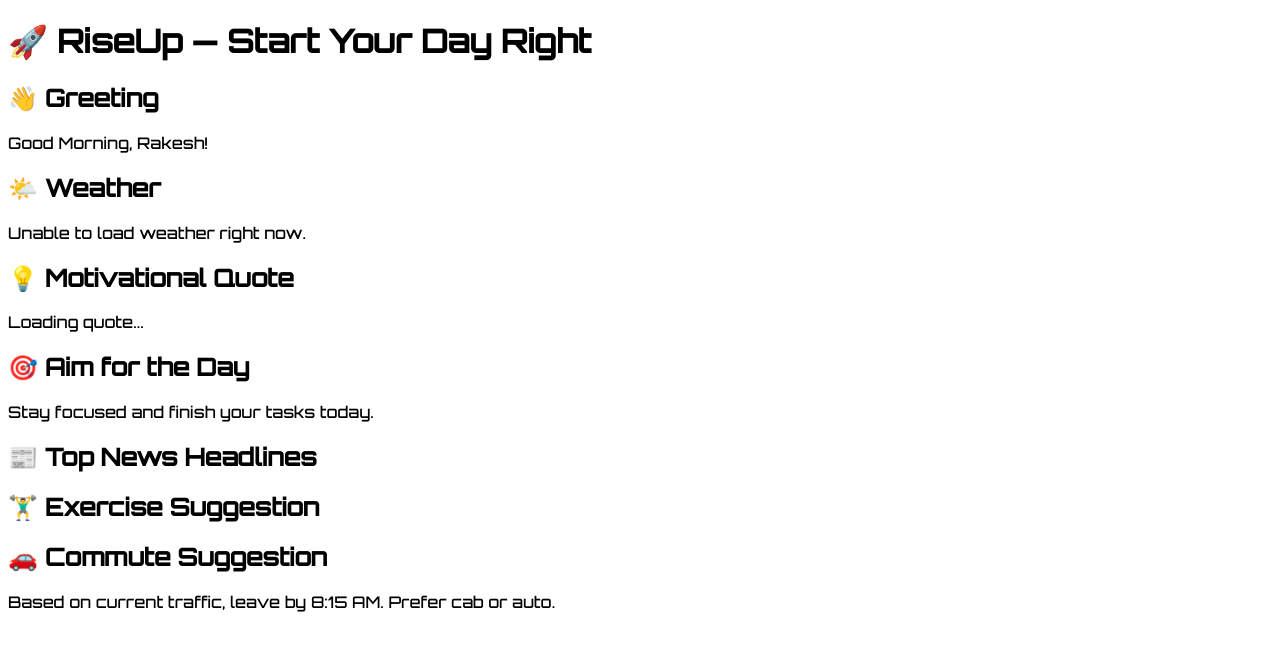
Repository: rakeshkumar1012/riseup
Page: /
The author's editor kept a copy of each file at every save. The page is drawn from the files as they stood at one save, then again after the next save.
The browser window is 1280 px wide. The pictures show the whole page.
The page's requests for data from a server got no answer. The project was rebuilt for these pictures with package versions that can differ from the ones it lists, and the page was loaded fresh each time. No one was signed in, and anything a server would have sent is missing.

Above is the page before, as saved 2025-07-05 03:47:33.

After the next save:
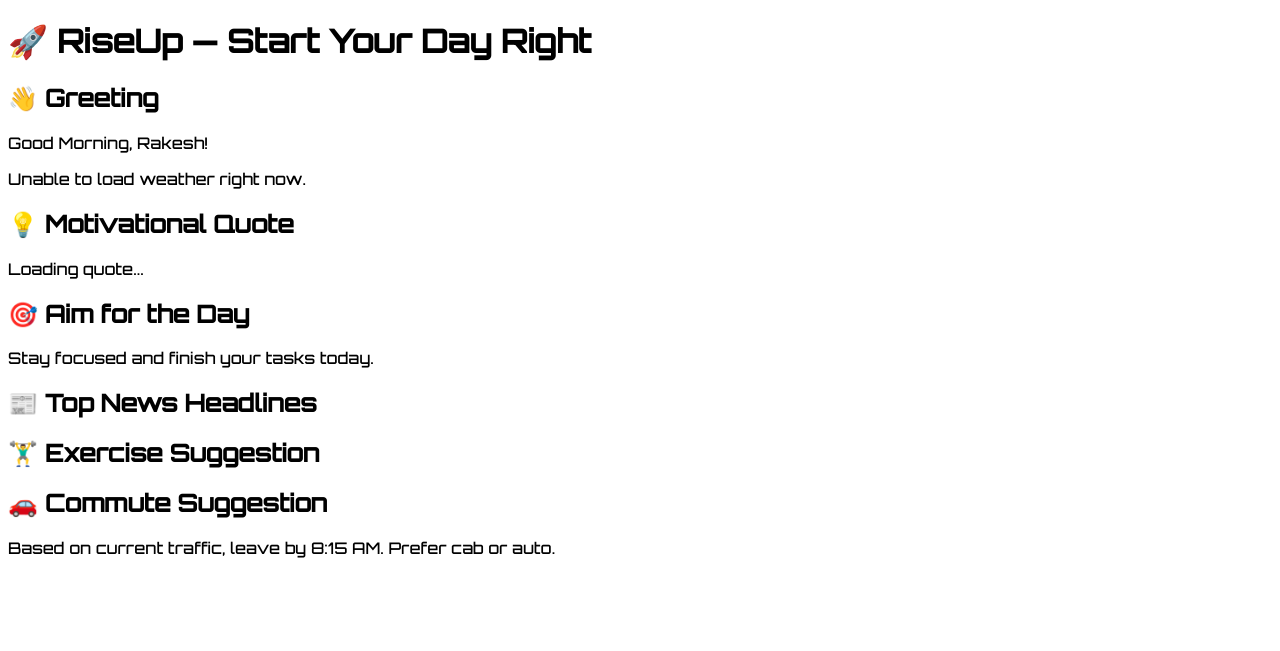
Saved 42 s later.
--- a/src/App.js
+++ b/src/App.js
@@ -18,10 +18,9 @@ function App() {
 
 
 
-        {/* Weather */}
-        <Section title="🌤️ Weather" gradient="from-blue-400 to-cyan-500">
+
+
           <Weather />
-        </Section>
 
         {/* Quote */}
         <Section title="💡 Motivational Quote" gradient="from-yellow-400 to-orange-500">
